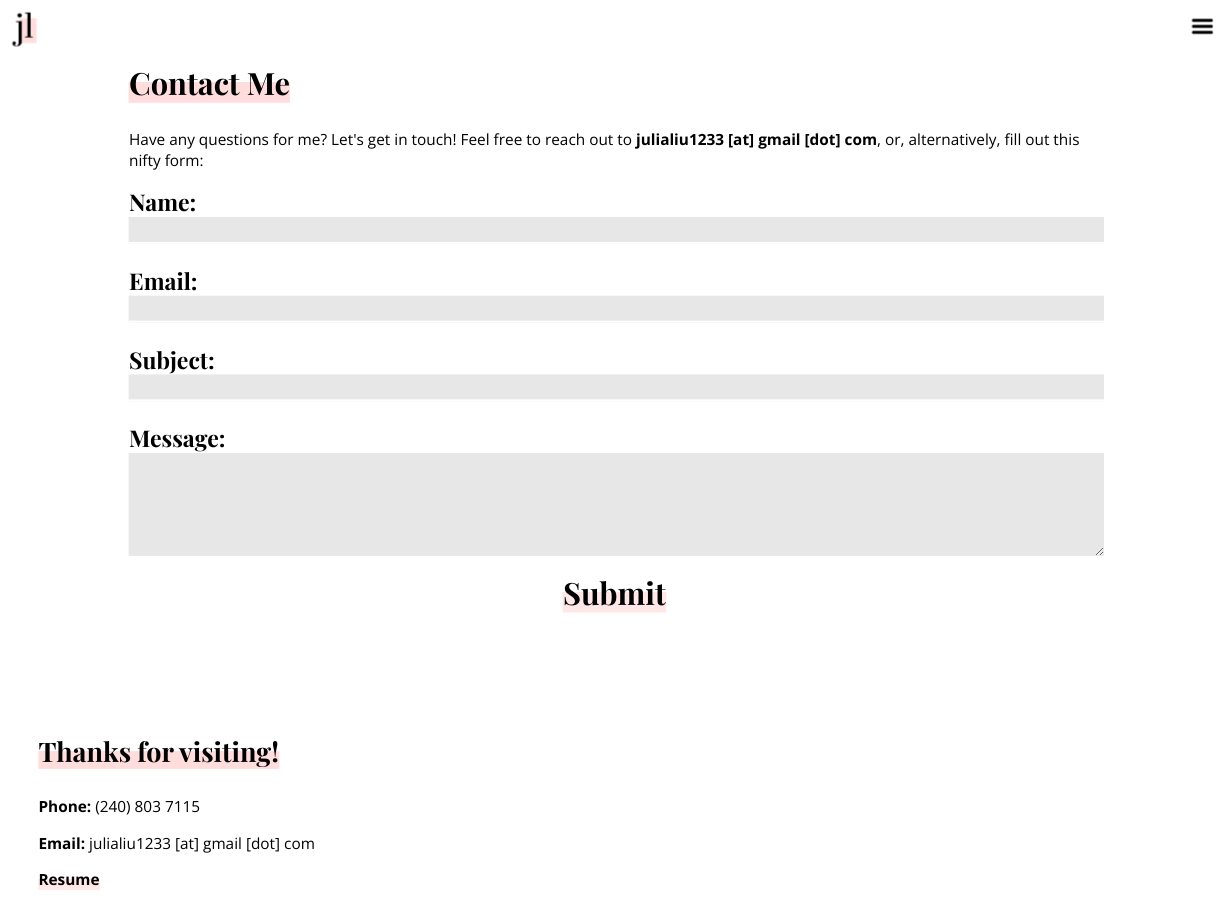
Repository: liu-julia/liu-julia.github.io
Page: contact.html
The author's editor kept a copy of each file at every save. The page is drawn from the files as they stood at one save, then again after the next save.
The browser window is 1280 px wide. The pictures show the whole page, at 96% of full size.

Above is the page before, as saved 2022-08-03 11:05:59.

After the next save:
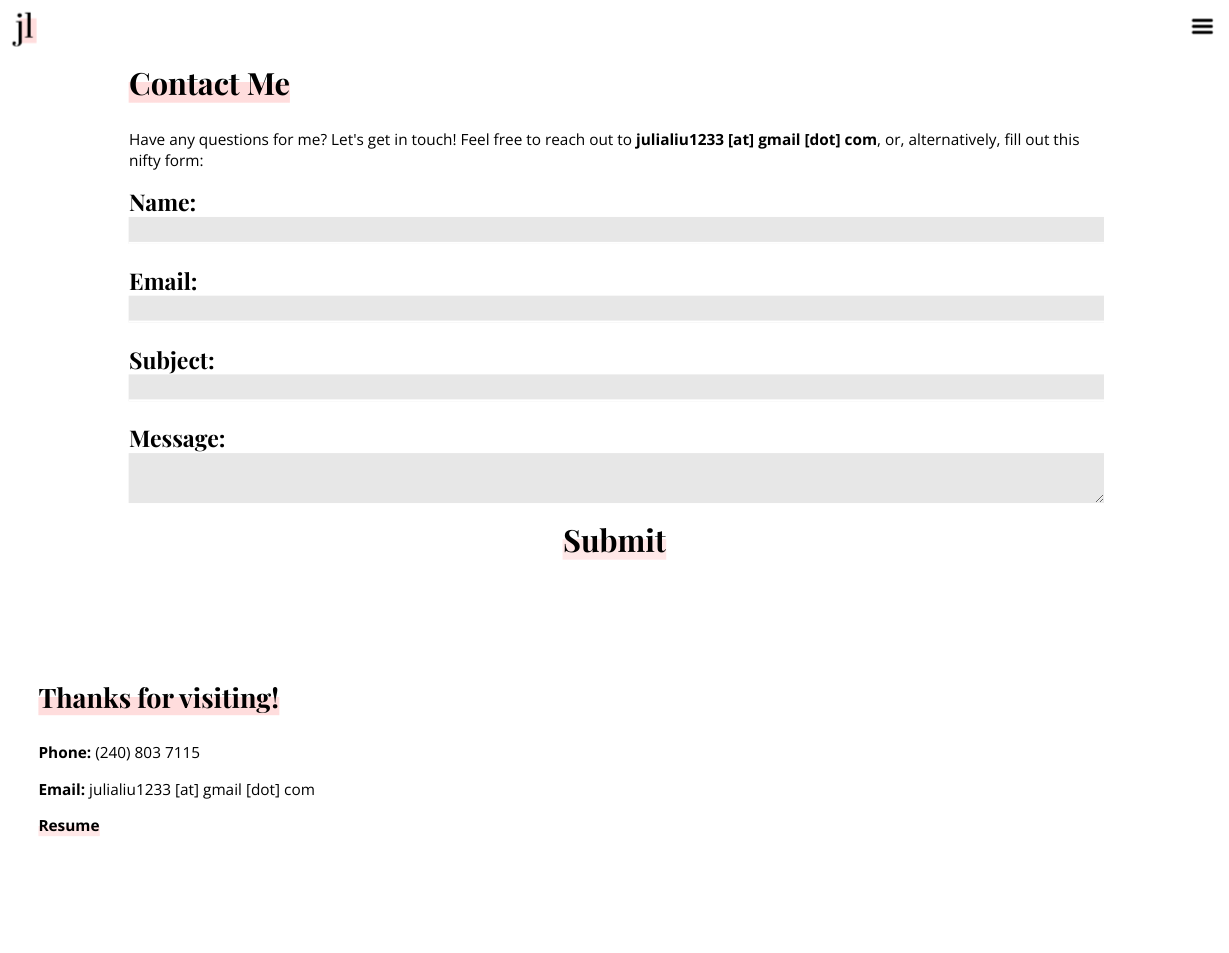
Saved 15 s later.
--- a/css/mobile.css
+++ b/css/mobile.css
@@ -7,9 +7,6 @@ html {
 
 body {
     height: 100vh;
-}
-#content {
-    height: 100%;
 }
 header {
     position: fixed;

After the 3 saves that followed:
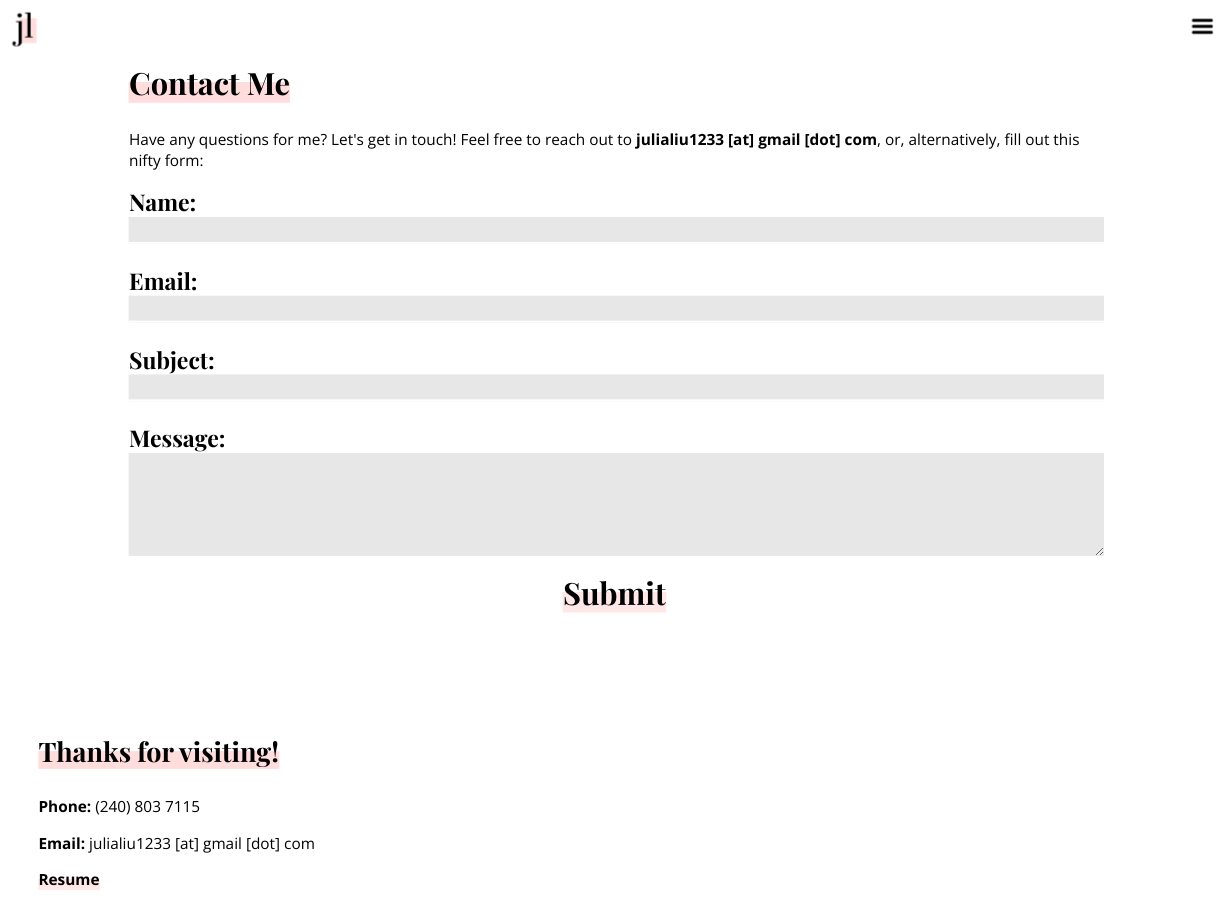
The 3 saves are shown as one change because 2 left the picture as it was.
The last was saved 5 min 15 s later.
--- a/css/mobile.css
+++ b/css/mobile.css
@@ -6,7 +6,10 @@ html {
 }
 
 body {
-    height: 100vh;
+    height: 100%;
+}
+#content {
+    height: 100%;
 }
 header {
     position: fixed;
--- a/js/scripts.js
+++ b/js/scripts.js
@@ -14,7 +14,9 @@ function toggleMenu() {
   var menu = document.getElementById("ham");
   if (menu.classList.contains("showMenu")) {
     menu.classList.remove("showMenu");
+    document.body.style.overflowY = '';
   } else {
     menu.classList.add("showMenu");
+    document.body.style.overflowY = 'hidden';
   }
 }
